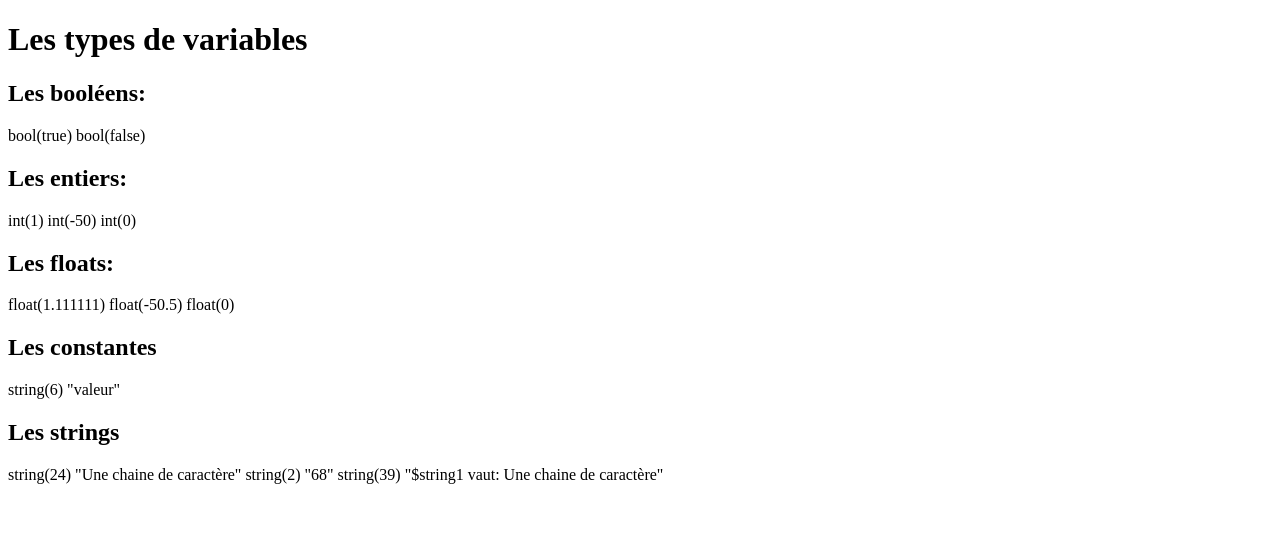
Repository: QuentinFayt/base-php-2021
Page: http://localhost/les variables.php
An editor plug-in stored every save of this project. The page is shown before and after the next save, followed by the edit.
The browser window is 1280 px wide. The pictures show the whole page.
The page is run by PHP 8.4 with error messages shown; the project is at /var/www/html/.

Above is the page before, as saved 2021-07-07 10:02:15.

After the next save:
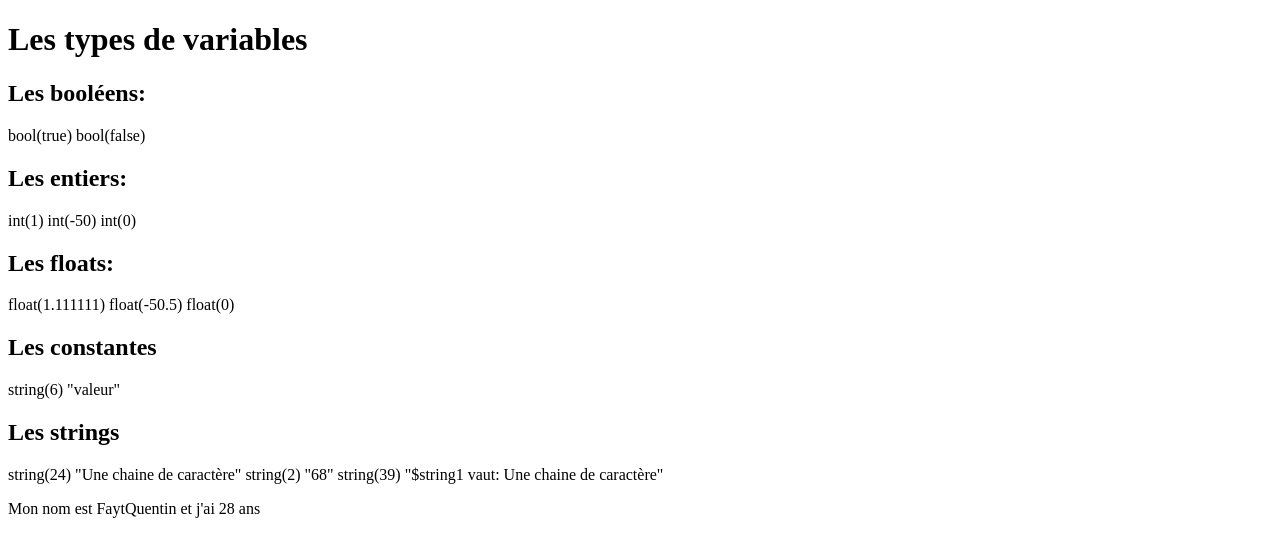
Saved 4 min 56 s later.
--- a/les variables.php
+++ b/les variables.php
@@ -51,6 +51,11 @@
     $string3='$string1 vaut: '."$string1";
 
     var_dump($string1,$string2,$string3);
+
+    $name = "Fayt";
+$surname = "Quentin";
+$age = 28;
+    echo "<p>Mon nom est "."$name"."$surname"." et j'ai $age ans</p>";
     ?>
 </body>
 </html>
